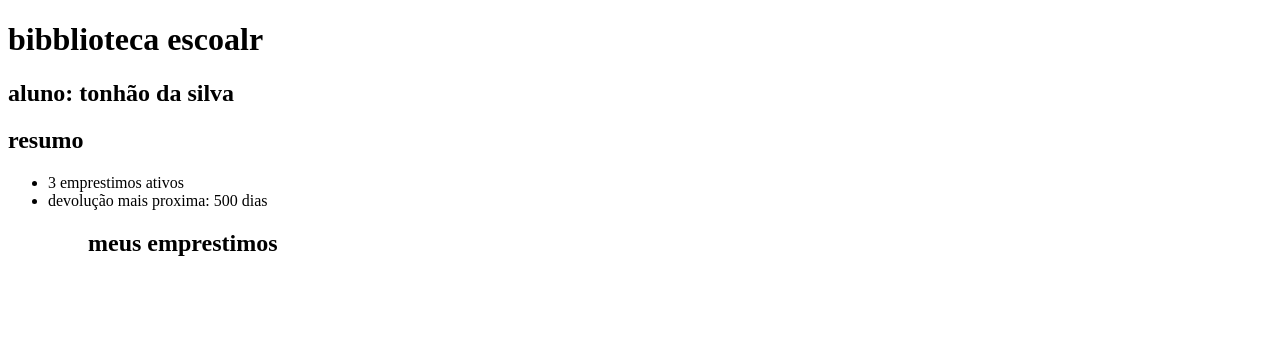
Repository: melloeduarda/html
Page: index.html
The author's editor kept a copy of each file at every save. The page is drawn from the files as they stood at one save, then again after a run of saves.
The browser window is 1280 px wide. The pictures show the whole page.

Above is the page before, as saved 2026-10-28 15:16:40.

After the next 5 saves:
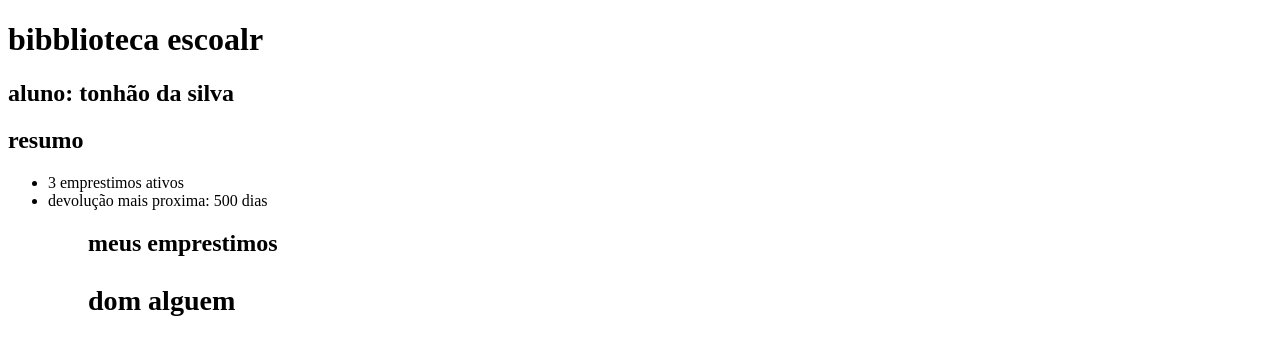
The 5 saves are shown as one change because they came seconds apart.
The last was saved 12 s later.
--- a/index.html
+++ b/index.html
@@ -20,4 +20,4 @@
     <ul>
 <h2>meus emprestimos<h2>
     <div class="card">
-        <h3>
+        <h3>dom alguem</h3>
